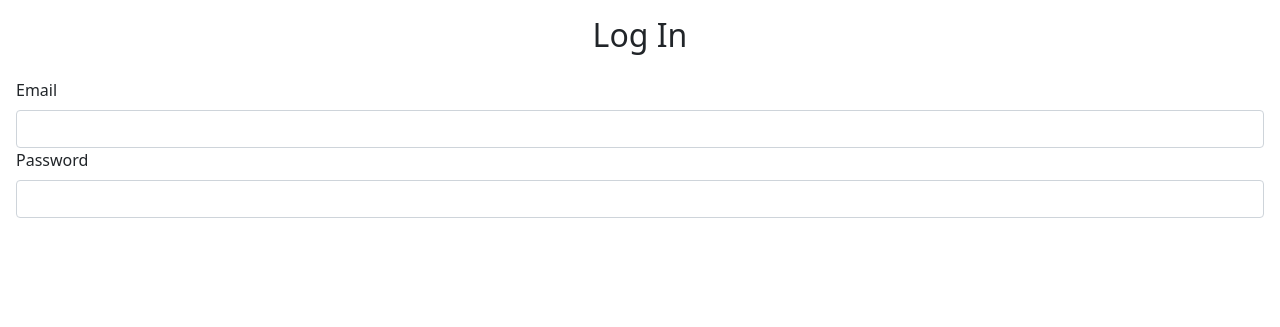
Repository: ShalevHadar/Tasky-app
Page: /login
These files come from the project's save history. The page is drawn as it stood at one moment and after a run of saves; the edit follows.
The browser window is 1280 px wide. The pictures show the whole page.
The project was rebuilt for these pictures with package versions that can differ from the ones it lists, and the page was loaded fresh each time. Also part of the build but not shown: src/components/Signup.jsx, src/components/Dashboard.jsx.

Above is the page before, as saved 2021-10-11 02:08:20.

### public/index.html
<!DOCTYPE html>
<html lang="en">
  <head>
    <title>JSX</title>
    <link rel="stylesheet" href="style.css">
  </head>

  <body>
    <div id="root"></div>
    <script src="../src/index.js" type="text/JSX"></script>
  </body>
</html>

### src/index.js
import React from 'react';
import ReactDOM from 'react-dom';
import App from './components/App'

ReactDOM.render(
  <div>
    <App/>
  </div>
  ,
  document.getElementById('root')
);

### src/components/App.jsx
import React from 'react';
import { BrowserRouter, Switch, Route } from 'react-router-dom';
import 'bootstrap/dist/css/bootstrap.min.css';
import Signup from './Signup'
import Login from './Login'
import Dashboard from './Dashboard'


function App() {
  return (
    <div className="App">
      <BrowserRouter>
        <Switch>
          <Route exact path="/login" component={Login} />
          <Route path="/signup" component={Signup} />
          <Route path="/dashboard" component={Dashboard} />
        </Switch>
      </BrowserRouter>
    </div>
  );
}

export default App;

### src/components/Login.jsx
import React from "react";
import { Form, Button, Card, Alert } from "react-bootstrap";

export default function Login() {
  return (
    <div>
      <Card.Body>
        <h2 className="text-center mb-4">Log In</h2>
        <Form.Group id="email">
          <Form.Label>Email</Form.Label>
          <Form.Control type="email" required />
        </Form.Group>
        <Form.Group id="password">
          <Form.Label>Password</Form.Label>
          <Form.Control type="password" required />
        </Form.Group>
      </Card.Body>
    </div>
  );
}

### public/style.css
body {
    color:red
}

After the next 2 saves:
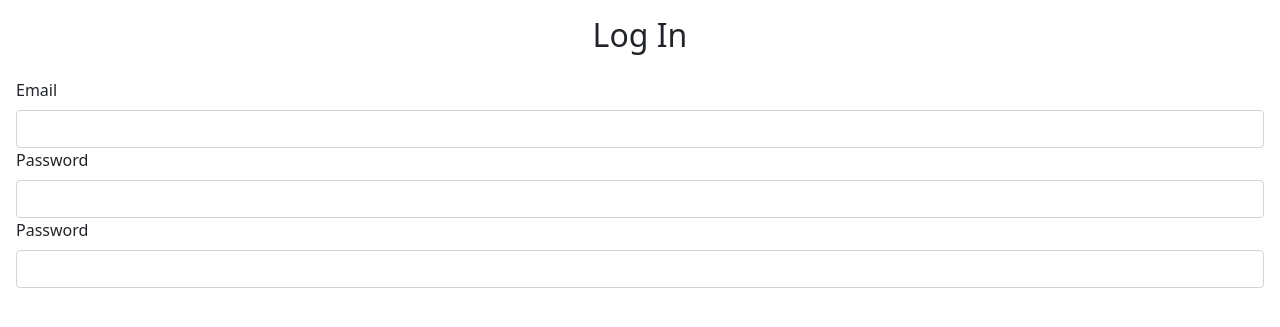
The 2 saves are shown as one change because they came seconds apart.
The last was saved 9 s later.
--- a/src/components/Login.jsx
+++ b/src/components/Login.jsx
@@ -14,6 +14,10 @@ export default function Login() {
           <Form.Label>Password</Form.Label>
           <Form.Control type="password" required />
         </Form.Group>
+        <Form.Group id="button">
+          <Form.Label>Password</Form.Label>
+          <Form.Control type="password" required />
+        </Form.Group>
       </Card.Body>
     </div>
   );
